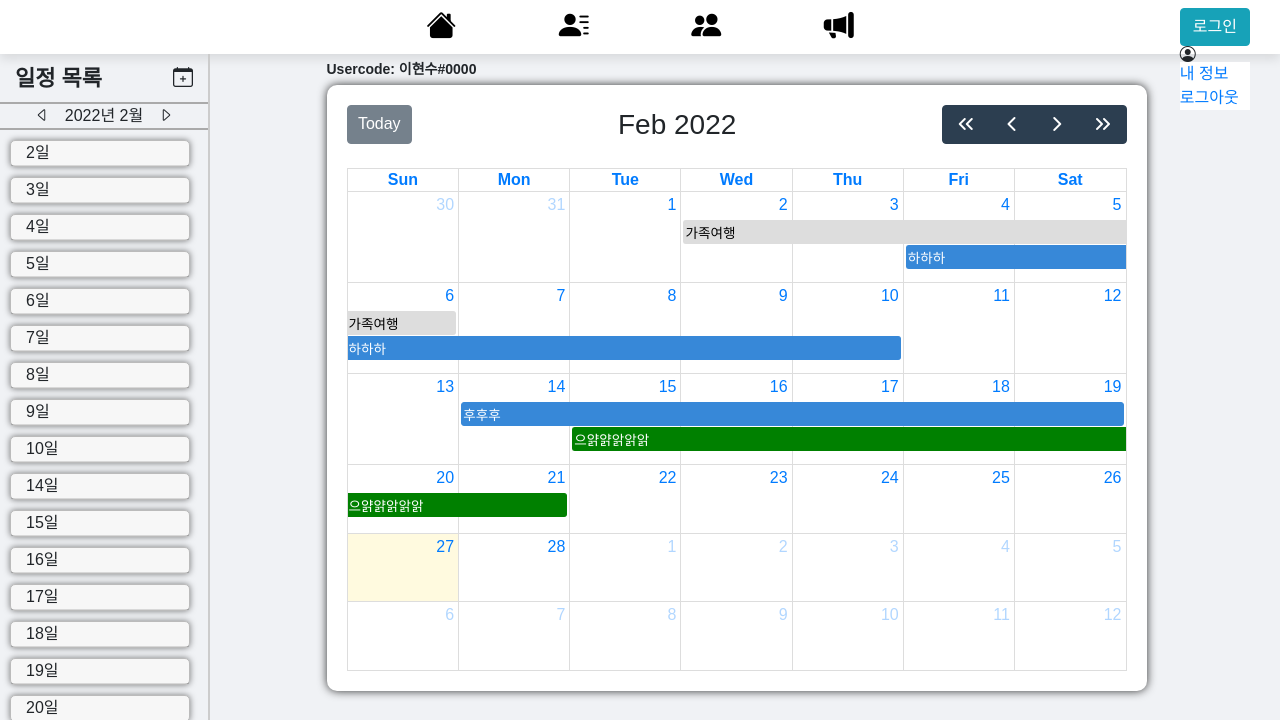
Repository: Hyeon330/Full_stack-code
Page: http://localhost/miniProject/
These files come from the project's save history. The page is drawn as it stood at one moment and after the next save; the edit follows.
The browser window is 1280 px wide. The pictures show the whole page.
Some web fonts or font styles are not loaded; a fallback is used. The page is served by Tomcat 9.

Above is the page before, as saved 2022-03-21 04:16:47.

After the next save:
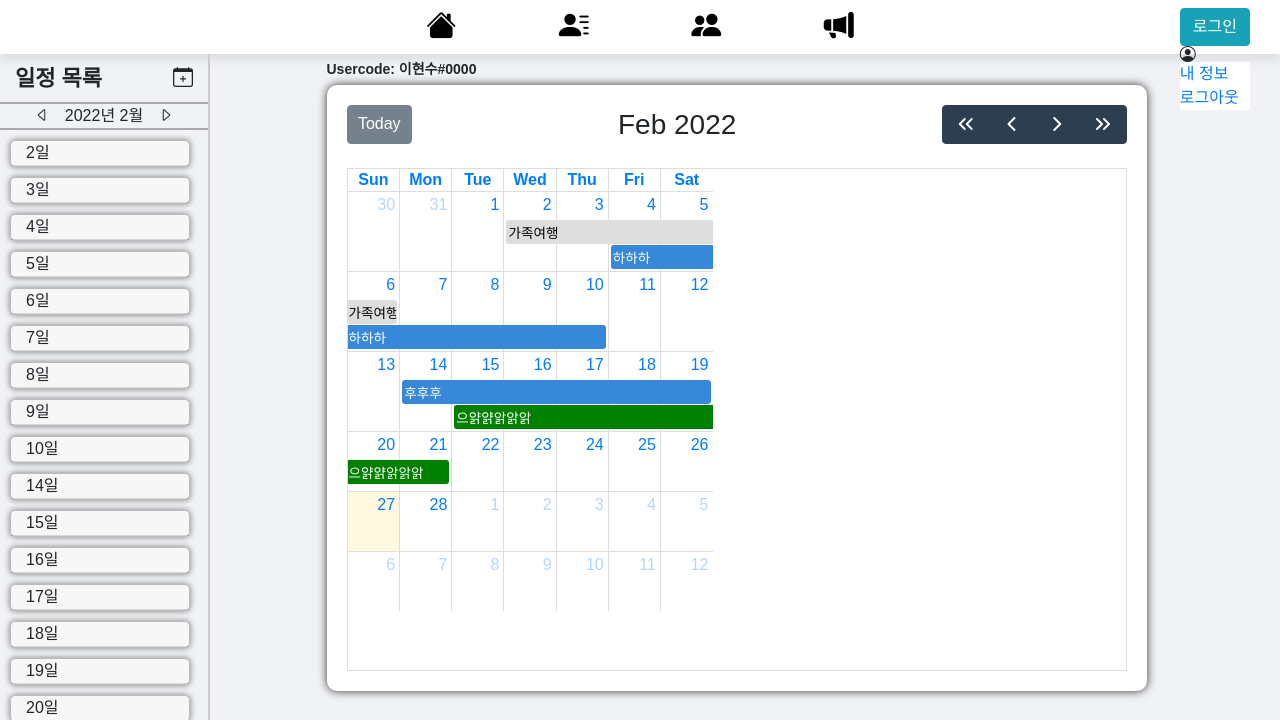
Saved 8 s later.
--- a/주요과제/Spring/miniProject/src/main/webapp/WEB-INF/views/home.jsp
+++ b/주요과제/Spring/miniProject/src/main/webapp/WEB-INF/views/home.jsp
@@ -16,8 +16,6 @@
     let calwidth = window.innerWidth-sidebarWidth-250;
     $('#contents').css('height', window.innerHeight-headerHeight-60);
     $('#contents').css('width', calwidth);
-
-    calendar.render();
 }
 //sidebar main 리스트 등록 함수
 const setSideMain = () => {

After the 2 saves that followed:
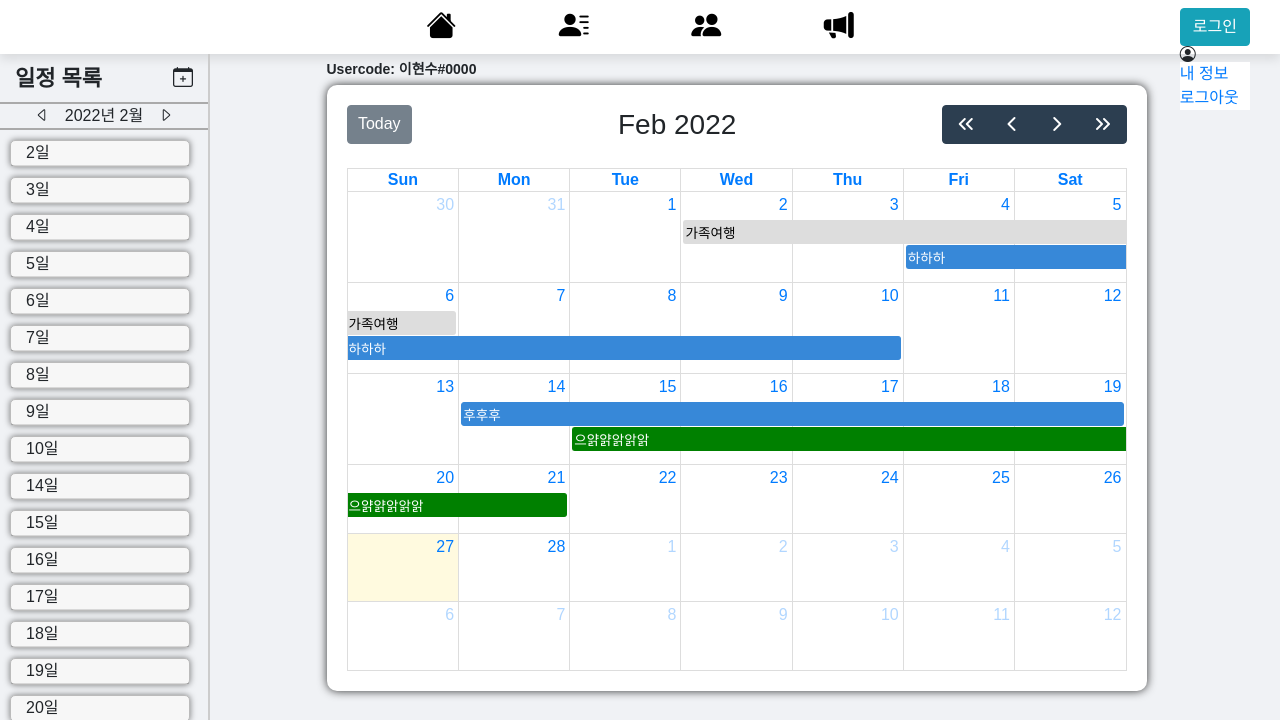
The 2 saves are shown as one change because 1 left the picture as it was.
The last was saved 2 min 25 s later.
--- a/주요과제/Spring/miniProject/src/main/webapp/WEB-INF/views/home.jsp
+++ b/주요과제/Spring/miniProject/src/main/webapp/WEB-INF/views/home.jsp
@@ -53,6 +53,7 @@
 const changeMonth = () => {
     $("#sideMonth>span").text(calendar.getDate().getFullYear()+"년 " + (calendar.getDate().getMonth() + 1) + "월");
     setSideMain();
+    calendar.render();
 };
 const nextMonth = () => {
     calendar.next();
@@ -69,6 +70,8 @@
 	// pageload
 	changeMonth();
 	resizeMain();
+
+	calendar.render();
 
 	// event
     // sidebar main change
